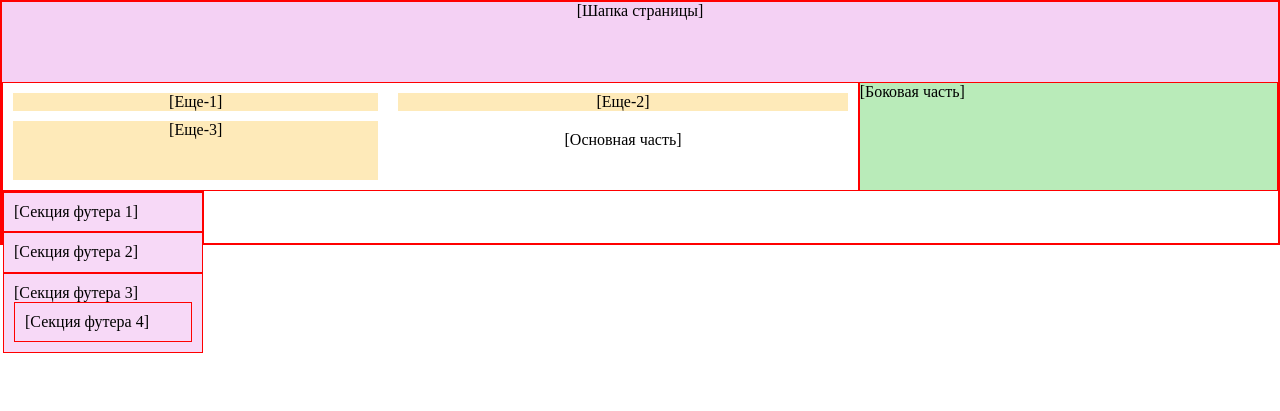
Repository: IrinaGetmanenko/week6
Page: grid.html
The author's editor kept a copy of each file at every save. The page is drawn from the files as they stood at one save, then again after the next save.
The browser window is 1280 px wide. The pictures show the whole page.

Above is the page before, as saved 2022-10-22 20:04:38.

### grid.html
<!DOCTYPE html>
<html lang="en">
<head>
    <meta charset="UTF-8">
    <meta http-equiv="X-UA-Compatible" content="IE=edge">
    <meta name="viewport" content="width=device-width, initial-scale=1.0">
    <title>Document</title>
    <link rel="stylesheet" href="assets\normalize.css">
</head>

<style>

.site{
  border: 2px solid red;
  display: grid;
  grid-template-areas:"header header header "
                       "inner inner  aside"
                       "inner inner aside"
                       "footer footer footer"
}

.header {
  background-color: rgb(244, 209, 244);
  grid-area: header;
  text-align: center;
  height: 80px;
}

.inner{
  border: 1px solid red;
  display: grid;
  grid-area: inner;
  grid-template-areas:"main main"
                       "left right"
                       "bottom bottom"

  background-color: beige;
  gap: 10px 20px;
  text-align: center;
  padding: 10px;


}

.main{
  grid-area: main;
padding: 10px 10px 30px;
 }

.block{
  background-color: rgb(254, 234,185);
  text-align: inherit;
}


.block left
{
  grid-area: left;

}

.block right
{
  grid-area:right;

}
.block bottom
{
  grid-area:bottom;

}


.aside {
  border: 1px solid red;
  grid-area: aside;
  background-color: rgb(185, 235, 185);

}

.footer {
grid-area: footer;

border: 1px solid red;
height: 50px;
width: 200px;
grid-template-columns: repeat(4, 1fr);
justify-content: space-between;

}

.section-1  {

  background-color: rgb(247, 217, 247);
border: 1px solid red;
padding: 10px;
}

.section-2  {
    border: 1px solid red;
  background-color: rgb(247, 217, 247);
  padding: 10px;
}

.section-3  {
    border: 1px solid red;
  background-color: rgb(247, 217, 247);
  padding: 10px;
}

.section-4  {
    border: 1px solid red;
  background-color: rgb(247, 217, 247);
  padding: 10px;
}

</style>
<body>

  <site class=" site">

<header class="header">[Шапка страницы]</header>


<div class="inner">
  <inner class="main">
    <span>[Основная часть]</span>
  </inner>
<div class="block left">
  <span>[Еще-1]</span>
  </div>
  <inner class="block right">
    <span>[Еще-2]</span>
  </inner>
    <inner class="block bottom">
      <span>[Еще-3]</span>
    </inner>
</div>

<aside class="aside">[Боковая часть]</aside>


<footer class="footer">
  <footer class="section-1">
    <span>[Секция футера 1]</span>
  </footer>
  <footer class="section-2">
    <span>[Секция футера 2]</span>
  </footer>
  <footer class="section-3">
    <span>[Секция футера 3]</span>
    <footer class="section-4">
      <span>[Секция футера 4]</span>
  </footer>


</footer>

</site>



</body>
</html>

Loaded but not shown: assets/normalize.css (library)

After the next save:
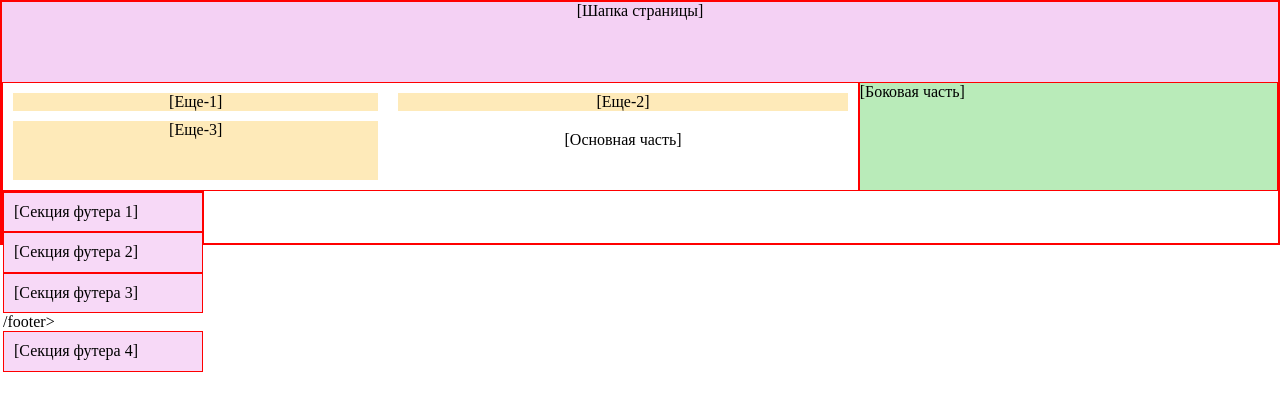
Saved 88 s later.
--- a/grid.html
+++ b/grid.html
@@ -149,6 +149,7 @@ padding: 10px;
   </footer>
   <footer class="section-3">
     <span>[Секция футера 3]</span>
+</footer>/footer>
     <footer class="section-4">
       <span>[Секция футера 4]</span>
   </footer>
